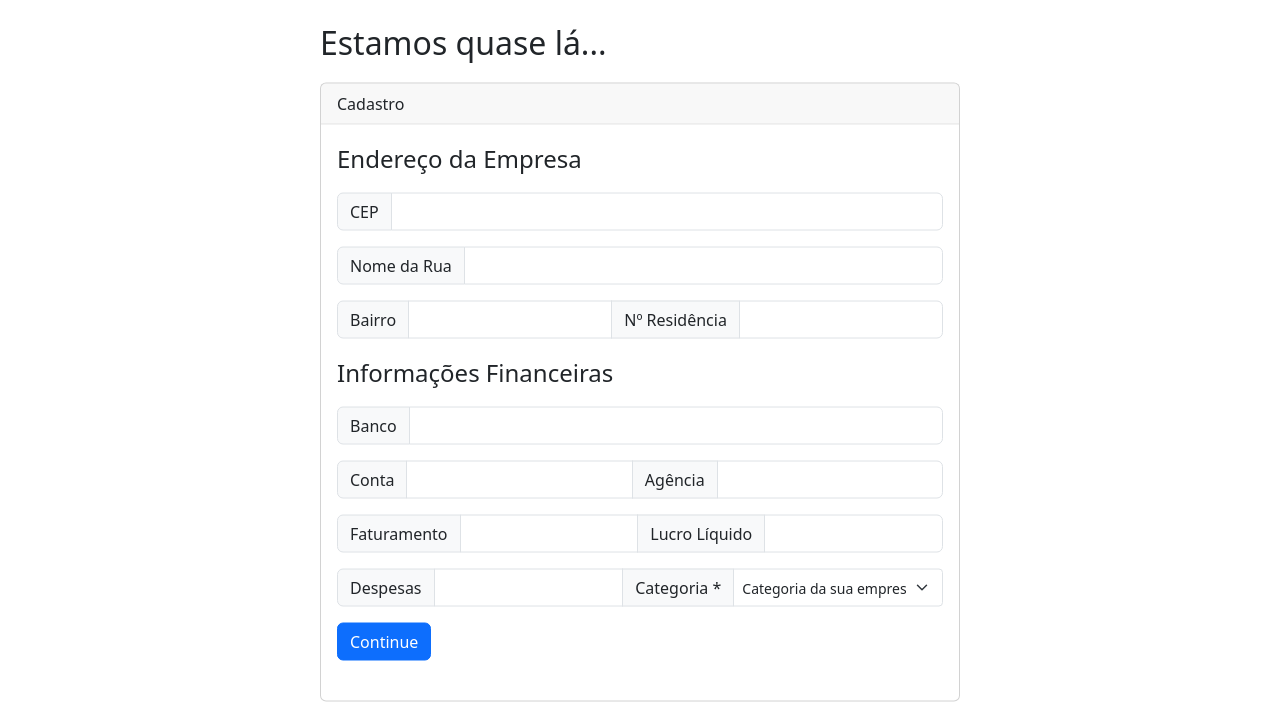
Repository: vandrecx/utilitaries
Page: http://localhost/login_archive/endereco.php
An editor plug-in stored every save of this project. The page is shown before and after the next save, followed by the edit.
The browser window is 1280 px wide. The pictures show the whole page.
The page is run by PHP 8.4 with error messages shown; the project is at /var/www/html/.

Above is the page before, as saved 2024-05-04 14:19:24.

After the next save:
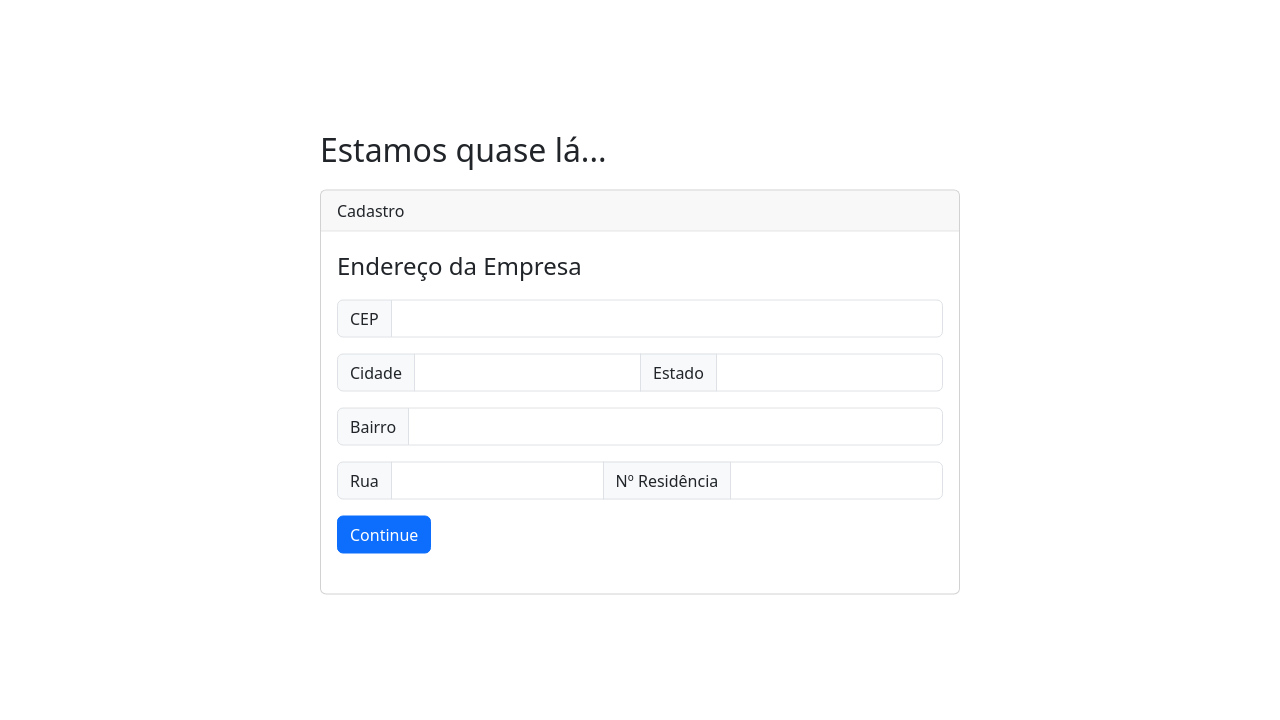
Saved 2 min 28 s later.
--- a/login_archive/endereco.php
+++ b/login_archive/endereco.php
@@ -28,42 +28,20 @@ include 'funcoes.php';
                         <input type="text" name="nome-empresa" class="form-control" aria-label="Sizing example input" aria-describedby="inputGroup-sizing-default" required>
                     </div>
                     <div class="input-group mb-3">
-                        <span class="input-group-text" id="inputGroup-sizing-default">Nome da Rua</span>
+                        <span class="input-group-text" id="inputGroup-sizing-default">Cidade</span>
+                        <input type="text" name="telefone-empresa" class="form-control" aria-label="Sizing example input" aria-describedby="inputGroup-sizing-default" required>
+                        <span class="input-group-text" id="inputGroup-sizing-default">Estado</span>
+                        <input type="text" name="website-empresa" class="form-control" aria-label="Sizing example input" aria-describedby="inputGroup-sizing-default">
+                    </div>
+                    <div class="input-group mb-3">
+                        <span class="input-group-text" id="inputGroup-sizing-default">Bairro</span>
                         <input type="text" name="email-empresa" class="form-control" aria-label="Sizing example input" aria-describedby="inputGroup-sizing-default" required>
                     </div>
                     <div class="input-group mb-3">
-                        <span class="input-group-text" id="inputGroup-sizing-default">Bairro</span>
-                        <input type="text" name="telefone-empresa" class="form-control" aria-label="Sizing example input" aria-describedby="inputGroup-sizing-default" required>
+                        <span class="input-group-text" id="inputGroup-sizing-default">Rua</span>
+                        <input type="text" name="conta-empresa" class="form-control" aria-label="Sizing example input" aria-describedby="inputGroup-sizing-default">
                         <span class="input-group-text" id="inputGroup-sizing-default">Nº Residência</span>
-                        <input type="text" name="website-empresa" class="form-control" aria-label="Sizing example input" aria-describedby="inputGroup-sizing-default">
-                    </div>
-                    <p class="fs-4">Informações Financeiras</p>
-                    <div class="input-group mb-3">
-                        <span class="input-group-text" id="inputGroup-sizing-default">Banco</span>
-                        <input type="text" name="banco-empresa" class="form-control" aria-label="Sizing example input" aria-describedby="inputGroup-sizing-default">
-                    </div>
-                    <div class="input-group mb-3">
-                        <span class="input-group-text" id="inputGroup-sizing-default">Conta</span>
-                        <input type="text" name="conta-empresa" class="form-control" aria-label="Sizing example input" aria-describedby="inputGroup-sizing-default">
-                        <span class="input-group-text" id="inputGroup-sizing-default">Agência</span>
                         <input type="text" name="agencia-empresa" class="form-control" aria-label="Sizing example input" aria-describedby="inputGroup-sizing-default">
-                    </div>
-                    <div class="input-group mb-3">
-                        <span class="input-group-text" id="inputGroup-sizing-default">Faturamento</span>
-                        <input type="text" name="faturamento-empresa" class="form-control" aria-label="Sizing example input" aria-describedby="inputGroup-sizing-default">
-                        <span class="input-group-text" id="inputGroup-sizing-default">Lucro Líquido</span>
-                        <input type="text" name="lucro-empresa" class="form-control" aria-label="Sizing example input" aria-describedby="inputGroup-sizing-default">
-                    </div>
-                    <div class="input-group mb-3">
-                        <span class="input-group-text" id="inputGroup-sizing-default">Despesas</span>
-                        <input type="text" name="despesas-empresa" class="form-control" aria-label="Sizing example input" aria-describedby="inputGroup-sizing-default">
-                        <span class="input-group-text" id="inputGroup-sizing-default">Categoria *</span>
-                        <select class="form-select form-select-sm" name="select-empresa" aria-label="Large select example" required>
-                            <option selected>Categoria da sua empresa</option>
-                            <option value="ps">Prestação de Serviços</option>
-                            <option value="industria">Indústria</option>
-                            <option value="vendas">Vendas</option>
-                        </select>
                     </div>
                     <button type="submit" class="btn btn-primary" name="submit">Continue</button>
                 </form>
